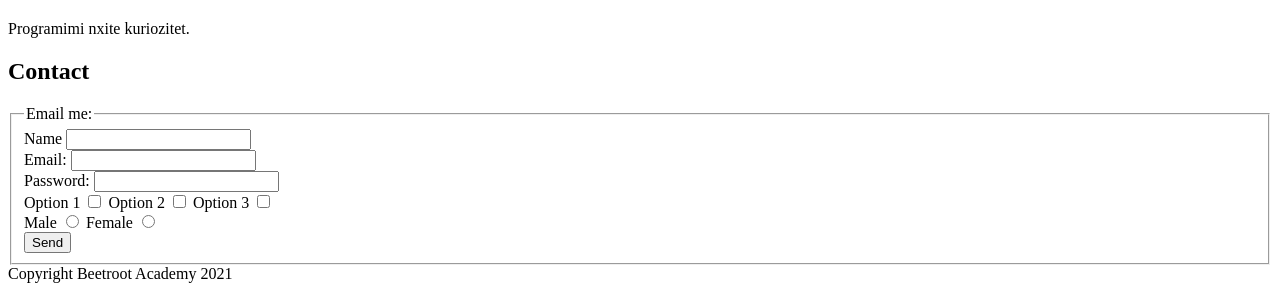
Repository: lendk/beetroot-fe-g1
Page: 02/index.html
An editor plug-in stored every save of this project. The page is shown before and after the next save, followed by the edit.
The browser window is 1280 px wide. The pictures show the part of the page from y = 1471 to 1969 px (the page is 1762 px tall before and 1969 px after).

Above is the page before, as saved 2021-01-16 10:52:43.

After the next save:
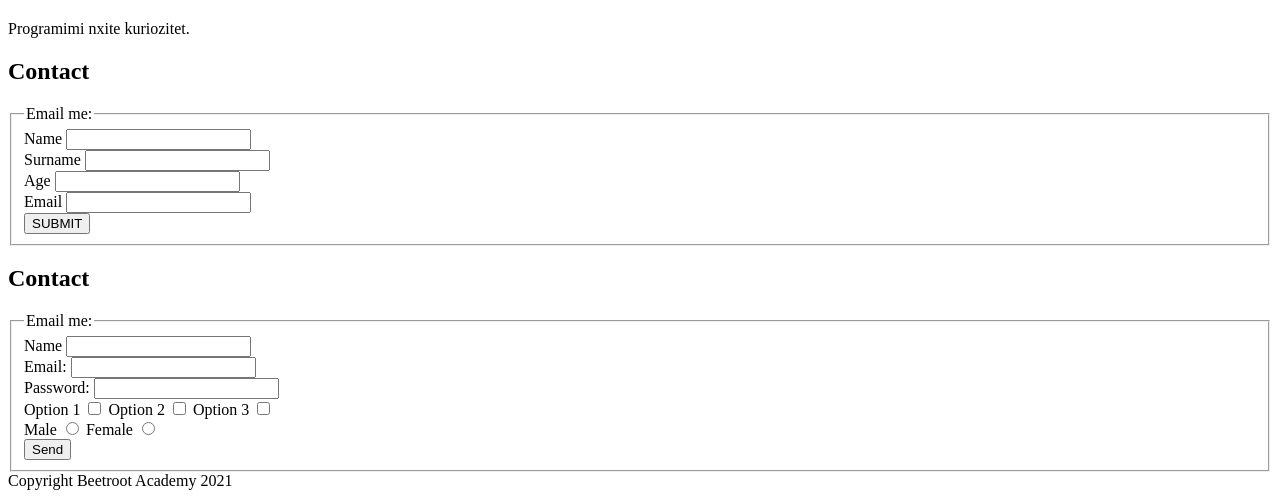
Saved 79 s later.
--- a/02/index.html
+++ b/02/index.html
@@ -61,6 +61,24 @@
     </section>
     <section id="contact">
       <h2>Contact</h2>
+      <form>
+        <fieldset>
+          <legend>Email me:</legend>
+          <label for="name-input">Name</label>
+          <input type="text" id="name-input" /></br>
+          <label for="surname-input">Surname</label>
+          <input type="number" id="age-input" /></br>
+          <label for="age-input">Age</label>
+          <input type="email" id="name-input" /></br>
+          <label for="email-input">Email</label>
+          <input type="email" id="email-input" /></br>
+          <input type="submit" value="SUBMIT" />
+        </fieldset>
+        </fieldset>
+      </form>
+    </section>
+    <section id="contact2">
+      <h2>Contact</h2>
       <form action="">
         <fieldset>
           <legend>Email me:</legend>
